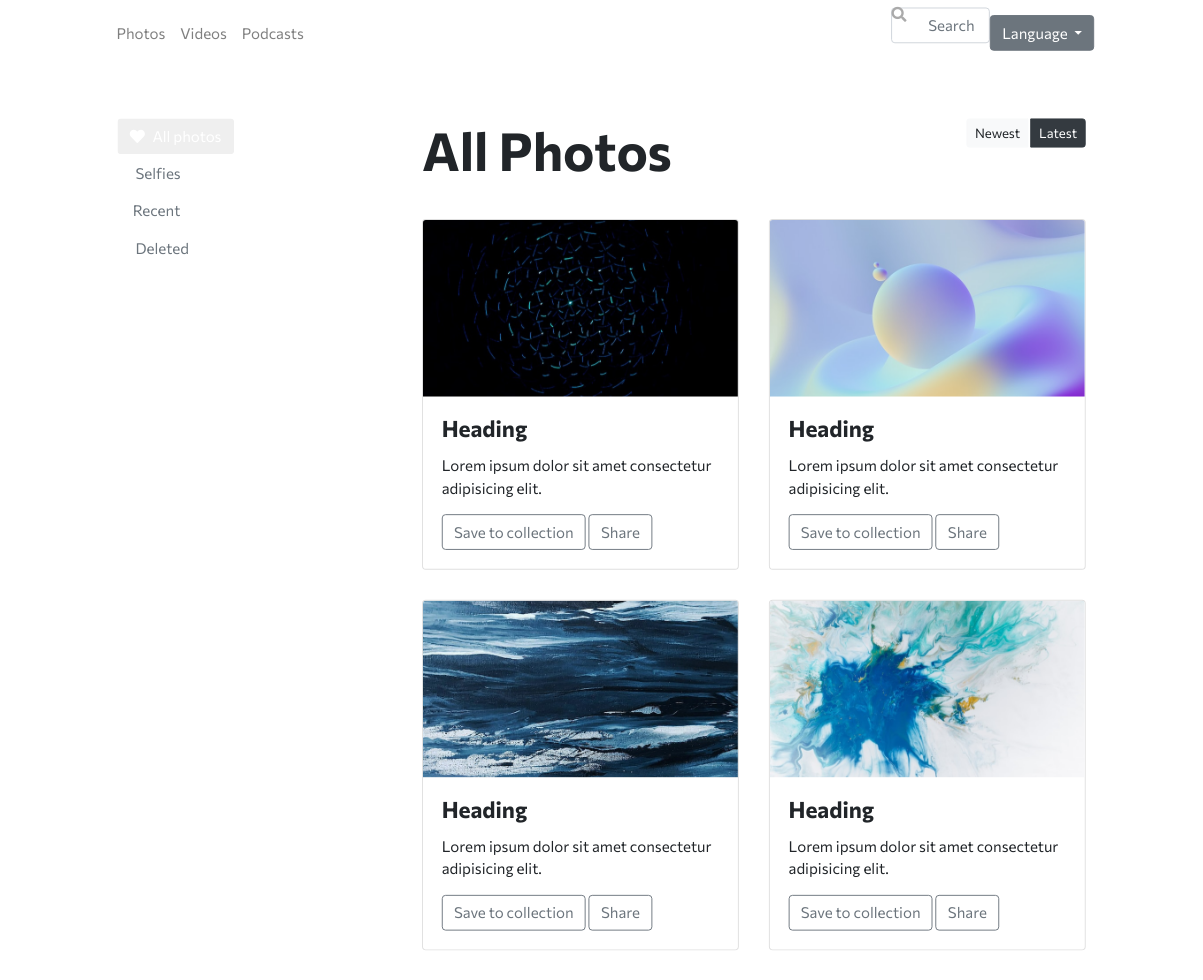
Repository: AlisaSkryp/photoblog
Page: index.html
An editor plug-in stored every save of this project. The page is shown before and after the next save, followed by the edit.
The browser window is 1280 px wide. The pictures show the whole page, at 94% of full size.
Some web libraries are served in a nearby version.

Above is the page before, as saved 2023-04-10 11:14:13.

### index.html
<!DOCTYPE html>
<html lang="en">
<head>
	<meta charset="utf-8">
	<meta name="viewport" content="width=device-width, initial-scale=1">
	<title>Complete Bootstrap 4 Website Layout</title>
	<link rel="stylesheet" href="https://maxcdn.bootstrapcdn.com/bootstrap/4.0.0/css/bootstrap.min.css">
	<link rel="stylesheet" href="https://use.fontawesome.com/releases/v5.7.0/css/all.css" integrity="sha384-lZN37f5QGtY3VHgisS14W3ExzMWZxybE1SJSEsQp9S+oqd12jhcu+A56Ebc1zFSJ" crossorigin="anonymous">
	<link href="style.css" rel="stylesheet">
</head>
<body>

<!-- Navigation -->
<header class="container">
<nav class="navbar navbar-expand-md navbar-light sticky-top">
 <div class="container-fluid">
  <button class="navbar-toggler" type="button" data-toggle="collapse" data-target="#navbarResponsive">
		<span class="navbar-toggler-icon"></span>
	</button>
	<div class="collapse navbar-collapse" id="navbarResponsive">
		<ul class="navbar-nav">
			<li class="nav-item">
			  <a class="nav-link" href="#">Photos</a>
			</li>
			<li class="nav-item">
			  <a class="nav-link" href="#">Videos</a>
			</li>
			<li class="nav-item">
			  <a class="nav-link" href="#">Podcasts</a>
			</li>
		</ul>
	</div>
	<div class="search-container">
	 <div class="form-group has-search">
    <span class="fa fa-search form-control-feedback"></span>
    <input type="text" class="form-control" placeholder="Search">
   </div>
	</div>
	<div class="dropdown">
		<button class="btn btn-secondary dropdown-toggle" type="button" id="dropdownMenuButton" data-toggle="dropdown" aria-haspopup="true" aria-expanded="false">
			Language
		</button>
		<div class="dropdown-menu" aria-labelledby="dropdownMenuButton">
			<a class="dropdown-item" href="#">English</a>
			<a class="dropdown-item" href="#">Spanish</a>
			<a class="dropdown-item" href="#">French</a>
		</div>
	</div>

 </div>
</nav>
</header>
<!--- Sidebar -->
<div class="container d-flex">
<aside class="container-fluid col-3 mt-4">
  <div class="row">
    <nav class="col-md-12 d-none d-md-block sidebar">
      <div class="sidebar-sticky">
        <ul class="nav flex-column">
          <li class="nav-item">
						<button type="button font-size-bold" class="btn primary fw-bold text-white"><i class="fas fa-heart pr-2" aria-hidden="true"></i>All photos</button>
          </li>
          <li class="nav-item">
            <a class="nav-link text-secondary" href="#"><i class="fas fa-face-smile"></i> Selfies</a>
          </li>
          <li class="nav-item">
            <a class="nav-link text-secondary" href="#">Recent</a>
          </li>
					<li class="nav-item">
            <a class="nav-link  text-secondary" href="#"><i class="fas fa-trash-can"></i> Deleted</a>
          </li>
        </ul>
      </div>
    </nav>
    <main class="col-md-9 ml-sm-auto col-lg-10 px-md-4">
      <!-- Your page content goes here -->
    </main>
  </div>
</aside>

<!--- Section head -->

<div class="container-fluid padding col-8 mt-4">
	<div class="row welcome text-left">
		<div class="col-12 d-flex">
			<h1 class="display-4 font-weight-bold">All Photos</h1>
			<div class="btn-group btn-group-sm ml-auto h-25 d-inline-block" role="group" aria-label="Basic example">
				<button type="button" class="btn btn-light">Newest</button>
				<button type="button" class="btn btn-dark">Latest</button>
			</div>
		</div>
	</div>

	<section class="container-fluid px-0">
		<div class="row padding">
			<div class="col-md-6">
				<div class="card">
					<img class="card-img-top" src="thumbnail.png">
					<div class="card-body">
						<h4 class="card-title font-weight-bold">Heading</h4>
						<p class="card-text font-weight-normal">Lorem ipsum dolor sit amet consectetur adipisicing elit.</p>
						<a href="#" class="btn btn-outline-secondary">Save to collection</a>
						<a href="#" class="btn btn-outline-secondary">Share</a>
					</div>
				</div>
			</div>
			<div class="col-md-6">
				<div class="card">
					<img class="card-img-top" src="thumbnail1.png">
					<div class="card-body">
						<h4 class="card-title font-weight-bold">Heading</h4>
						<p class="card-text font-weight-normal">Lorem ipsum dolor sit amet consectetur adipisicing elit.</p>
						<a href="#" class="btn btn-outline-secondary">Save to collection</a>
						<a href="#" class="btn btn-outline-secondary">Share</a>
					</div>
				</div>
			</div>
			<div class="w-100"></div>
			<div class="col-md-6">
				<div class="card">
					<img class="card-img-top" src="thumbnail2.png">
					<div class="card-body">
						<h4 class="card-title font-weight-bold">Heading</h4>
						<p class="card-text font-weight-normal">Lorem ipsum dolor sit amet consectetur adipisicing elit.</p>
						<a href="#" class="btn btn-outline-secondary">Save to collection</a>
						<a href="#" class="btn btn-outline-secondary">Share</a>
					</div>
				</div>
			</div>
			<div class="col-md-6">
				<div class="card">
					<img class="card-img-top" src="thumbnail3.png">
					<div class="card-body">
						<h4 class="card-title font-weight-bold">Heading</h4>
						<p class="card-text font-weight-normal">Lorem ipsum dolor sit amet consectetur adipisicing elit.</p>
						<a href="#" class="btn btn-outline-secondary">Save to collection</a>
						<a href="#" class="btn btn-outline-secondary">Share</a>
					</div>
				</div>
			</div>
		</div>
	</section>
</div>
</div>
<script src="https://ajax.googleapis.com/ajax/libs/jquery/3.3.1/jquery.min.js"></script>
<script src="https://cdnjs.cloudflare.com/ajax/libs/popper.js/1.12.9/umd/popper.min.js"></script>
<script src="https://maxcdn.bootstrapcdn.com/bootstrap/4.0.0/js/bootstrap.min.js"></script>

</body>
</html>

### style.css
@import url('https://fonts.googleapis.com/css2?family=Commissioner:wght@400;700&display=swap');






body {
	font-family: 'Commissioner', sans-serif;
}



/*---Media Queries --*/
@media (max-width: 992px) {

  }
@media (max-width: 768px) {

}
@media (max-width: 576px) {

}

.search-container {
	width: 10%;
	margin: 0px auto;
}
.has-search .form-control {
	padding-left: 2.375rem;
}

.has-search .form-control-feedback {
	position: absolute;
	z-index: 2;
	display: block;
	width: 15px;
	height: 15px;
	line-height: 15px;
	text-align: center;
	pointer-events: none;
	color: #aaa;
}
/*---Firefox Bug Fix --*/
.carousel-item {
  transition: -webkit-transform 0.5s ease;
  transition: transform 0.5s ease;
  transition: transform 0.5s ease, -webkit-transform 0.5s ease;
  -webkit-backface-visibility: visible;
  backface-visibility: visible;
}
/*--- Fixed Background Image --*/
figure {
  position: relative;
  width: 100%;
  height: 60%;
  margin: 0!important;
}
.fixed-wrap {
  clip: rect(0, auto, auto, 0);
  position: absolute;
  top: 0;
  left: 0;
  width: 100%;
  height: 100%;
}
#fixed {
  background-image: url('img/mac.png');
  position: fixed;
  display: block;
  top: 0;
  left: 0;
  width: 100%;
  height: 100%;
  background-size: cover;
  background-position: center center;
  -webkit-transform: translateZ(0);
          transform: translateZ(0);
  will-change: transform;
}
/*--- Bootstrap Padding Fix --*/
[class*="col-"] {
    padding: 1rem;
}





/*
Extra small (xs) devices (portrait phones, less than 576px)
No media query since this is the default in Bootstrap

Small (sm) devices (landscape phones, 576px and up)
@media (min-width: 576px) { ... }

Medium (md) devices (tablets, 768px and up)
@media (min-width: 768px) { ... }

Large (lg) devices (desktops, 992px and up)
@media (min-width: 992px) { ... }

Extra (xl) large devices (large desktops, 1200px and up)
@media (min-width: 1200px) { ... }
*/

After the next save:
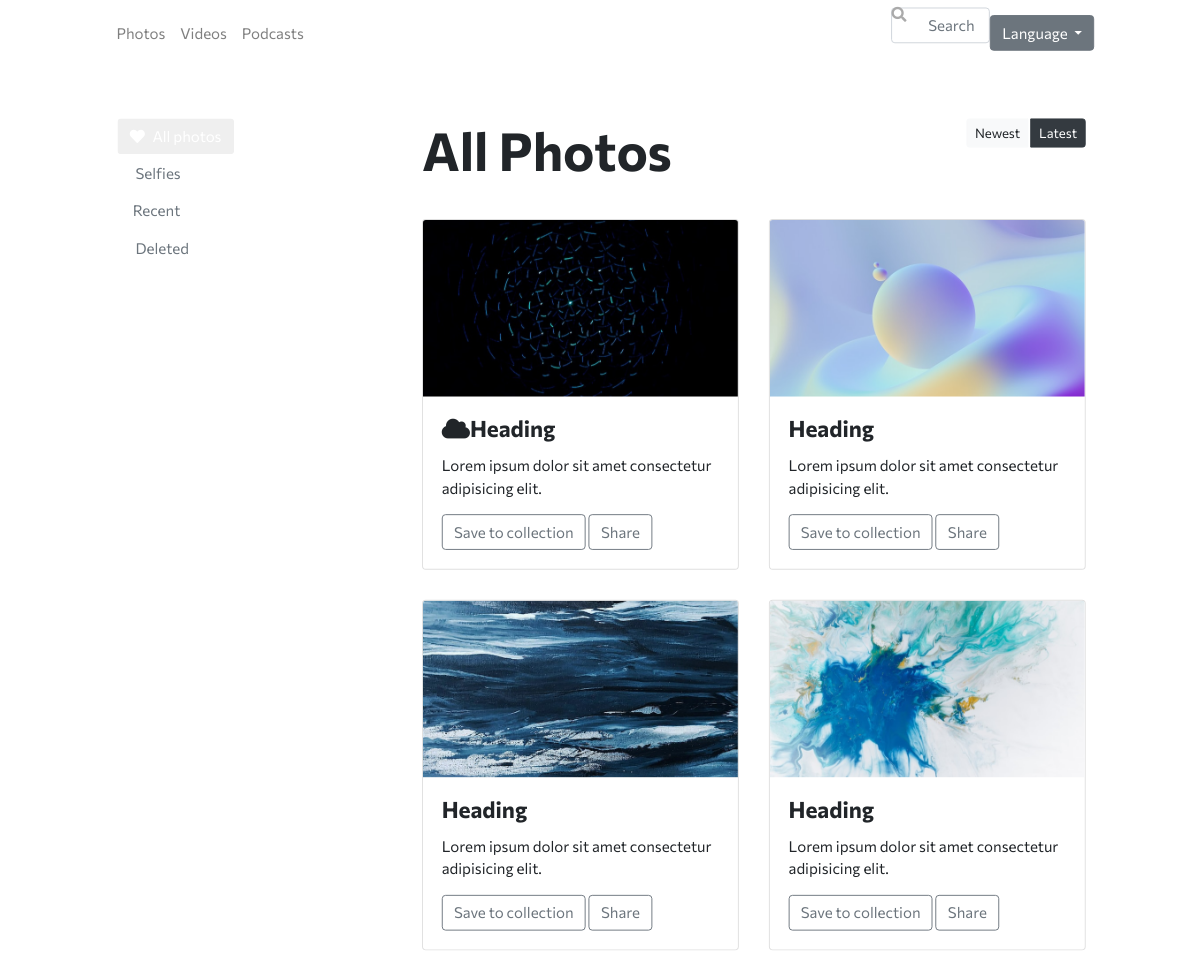
Saved 53 s later.
--- a/index.html
+++ b/index.html
@@ -97,7 +97,7 @@
 				<div class="card">
 					<img class="card-img-top" src="thumbnail.png">
 					<div class="card-body">
-						<h4 class="card-title font-weight-bold">Heading</h4>
+						<h4 class="card-title font-weight-bold"><i class="fas fa-cloud"></i>Heading</h4>
 						<p class="card-text font-weight-normal">Lorem ipsum dolor sit amet consectetur adipisicing elit.</p>
 						<a href="#" class="btn btn-outline-secondary">Save to collection</a>
 						<a href="#" class="btn btn-outline-secondary">Share</a>

After the 2 saves that followed:
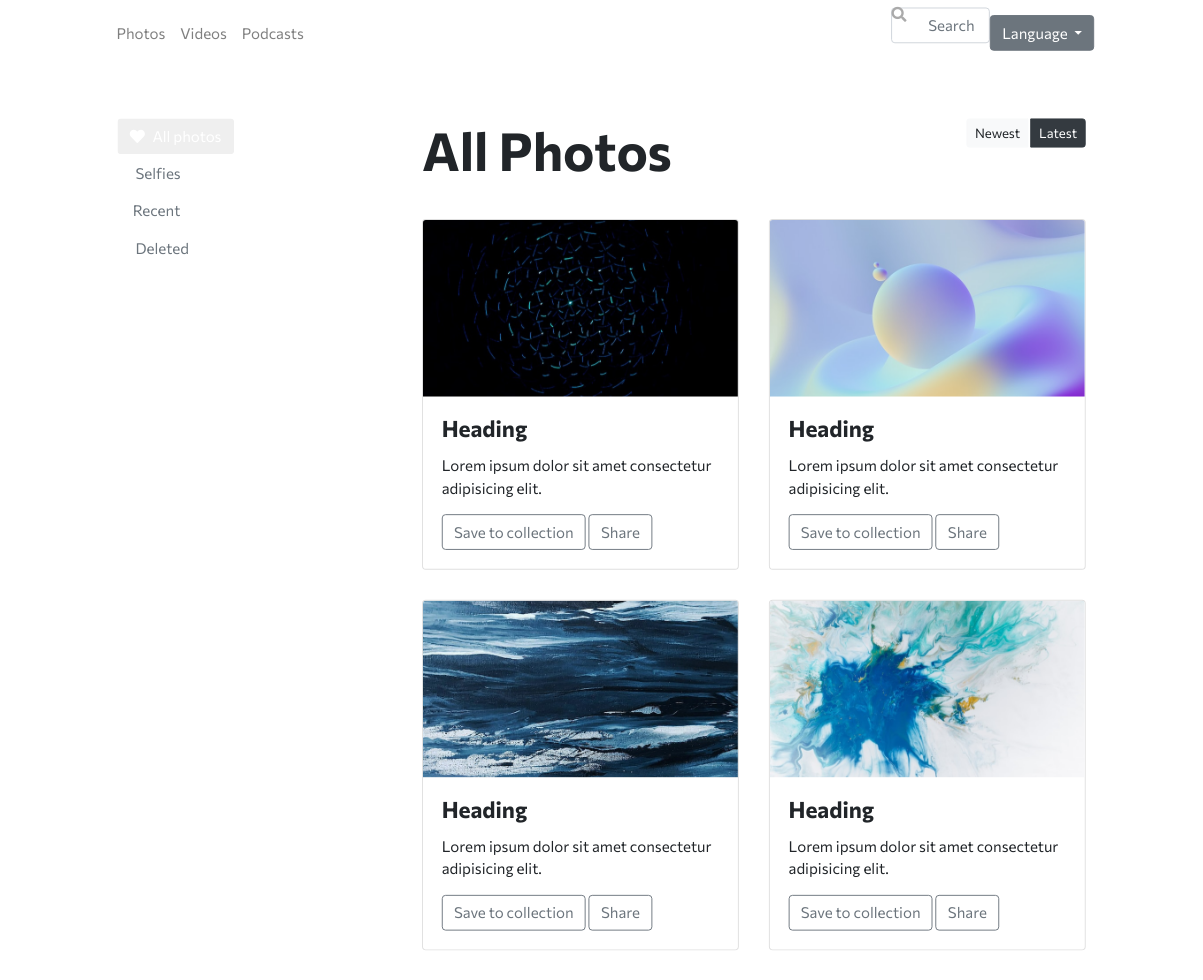
The 2 saves are shown as one change because they came seconds apart.
The last was saved 20 s later.
--- a/index.html
+++ b/index.html
@@ -6,6 +6,9 @@
 	<title>Complete Bootstrap 4 Website Layout</title>
 	<link rel="stylesheet" href="https://maxcdn.bootstrapcdn.com/bootstrap/4.0.0/css/bootstrap.min.css">
 	<link rel="stylesheet" href="https://use.fontawesome.com/releases/v5.7.0/css/all.css" integrity="sha384-lZN37f5QGtY3VHgisS14W3ExzMWZxybE1SJSEsQp9S+oqd12jhcu+A56Ebc1zFSJ" crossorigin="anonymous">
+	<script src="https://ajax.googleapis.com/ajax/libs/jquery/3.3.1/jquery.min.js"></script>
+	<script src="https://cdnjs.cloudflare.com/ajax/libs/popper.js/1.12.9/umd/popper.min.js"></script>
+	<script src="https://maxcdn.bootstrapcdn.com/bootstrap/4.0.0/js/bootstrap.min.js"></script>
 	<link href="style.css" rel="stylesheet">
 </head>
 <body>
@@ -97,7 +100,7 @@
 				<div class="card">
 					<img class="card-img-top" src="thumbnail.png">
 					<div class="card-body">
-						<h4 class="card-title font-weight-bold"><i class="fas fa-cloud"></i>Heading</h4>
+						<h4 class="card-title font-weight-bold">Heading</h4>
 						<p class="card-text font-weight-normal">Lorem ipsum dolor sit amet consectetur adipisicing elit.</p>
 						<a href="#" class="btn btn-outline-secondary">Save to collection</a>
 						<a href="#" class="btn btn-outline-secondary">Share</a>
@@ -142,9 +145,7 @@
 	</section>
 </div>
 </div>
-<script src="https://ajax.googleapis.com/ajax/libs/jquery/3.3.1/jquery.min.js"></script>
-<script src="https://cdnjs.cloudflare.com/ajax/libs/popper.js/1.12.9/umd/popper.min.js"></script>
-<script src="https://maxcdn.bootstrapcdn.com/bootstrap/4.0.0/js/bootstrap.min.js"></script>
+<!--- Cards -->
 
 </body>
 </html>
